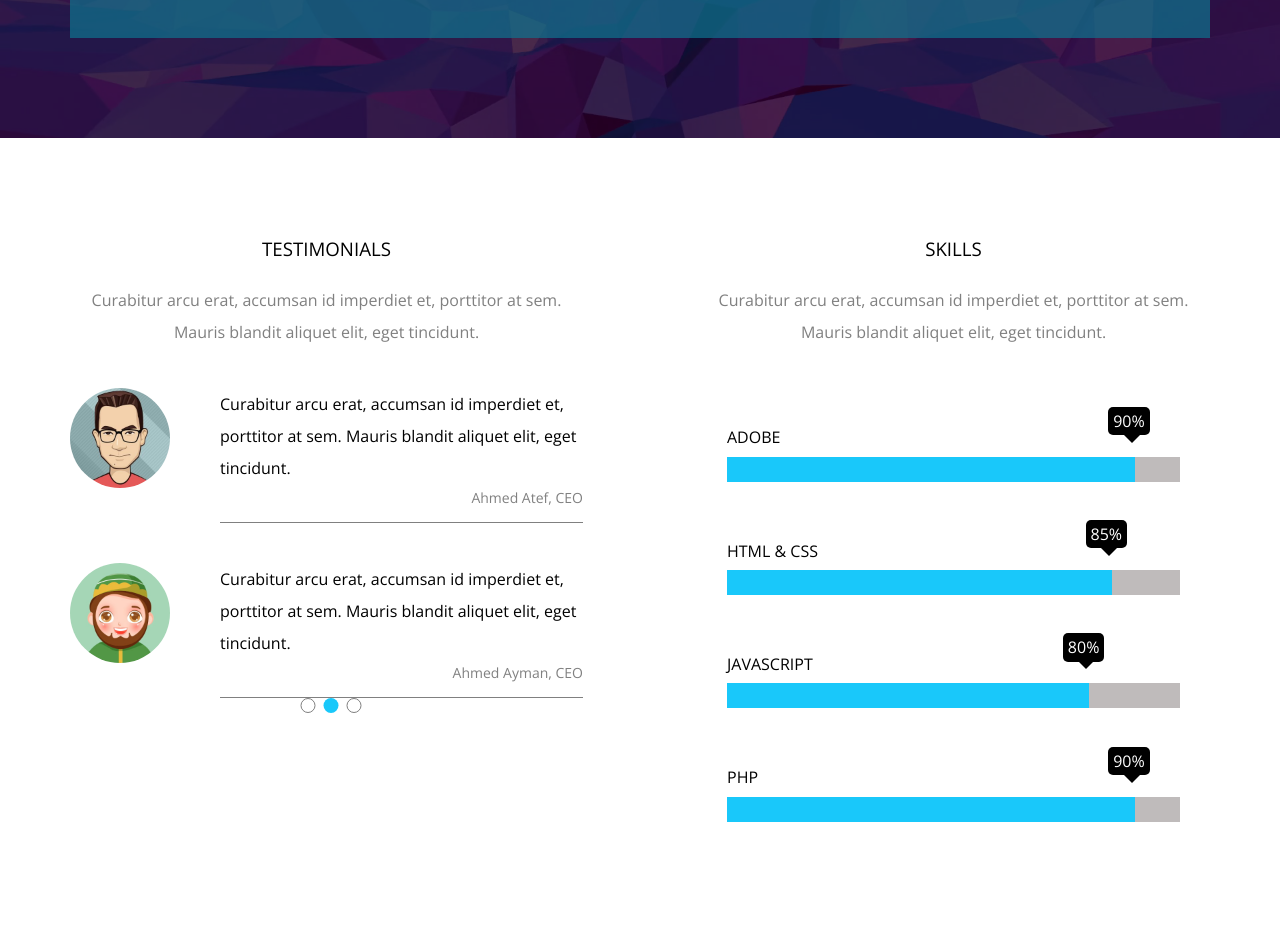
Repository: Ahmed123rezk123/Template_2
Page: index.html
These files come from the project's save history. The page is drawn as it stood at one moment and after the next save; the edit follows.
The browser window is 1280 px wide. The pictures show the part of the page from y = 4915 to 5867 px (the page is 5867 px tall).
A picture or video elsewhere on the page could not be fetched, so the positions and the page height are approximate. Some web fonts or font styles are not loaded; a fallback is used.

Above is the page before, as saved 2024-04-15 19:13:46.

After the next save:
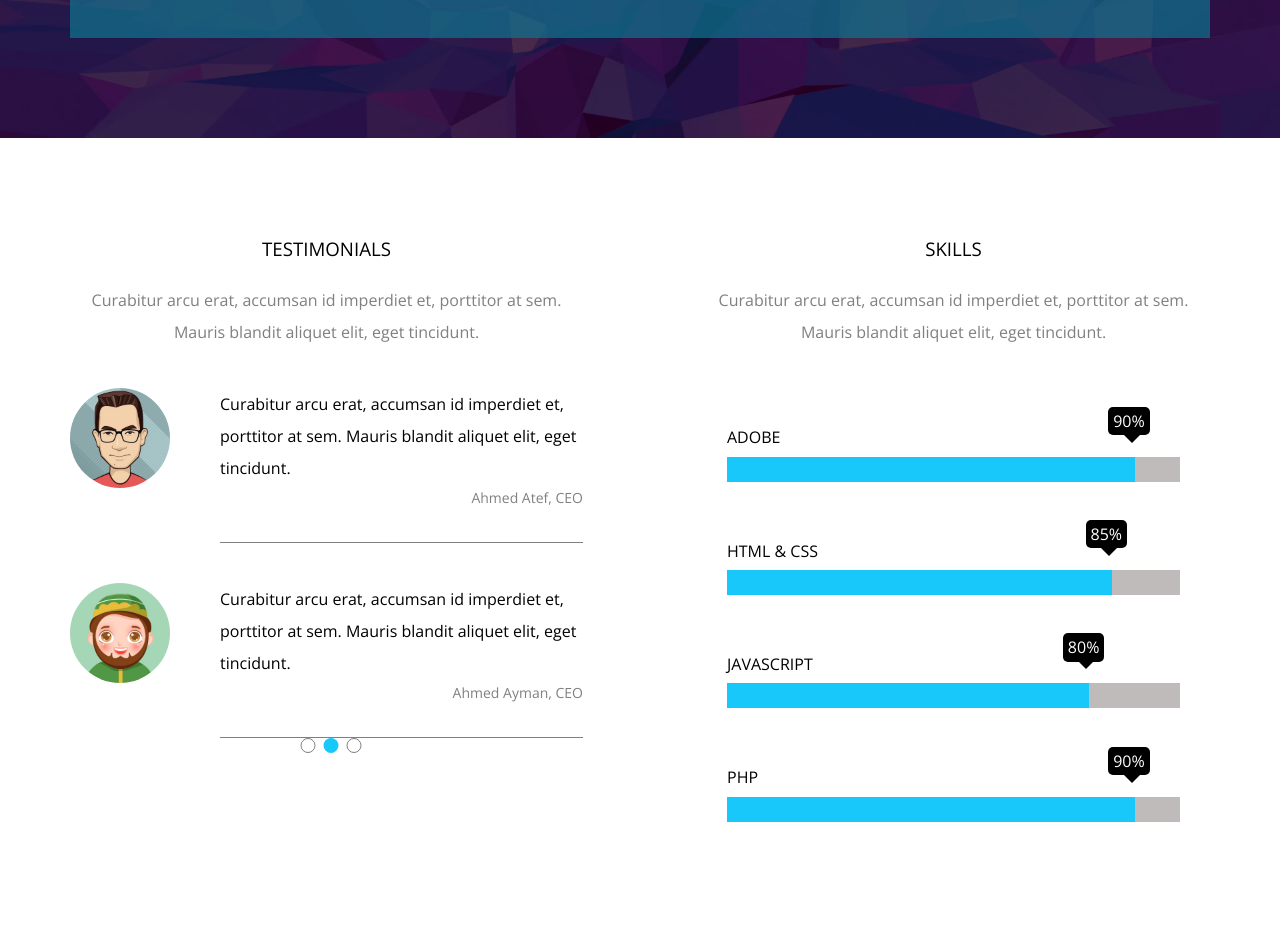
Saved 4 s later.
--- a/css/kasper.css
+++ b/css/kasper.css
@@ -708,7 +708,7 @@ margin-right: 50px;
 .our-skills .container .testimonial .box .text p {
    text-align: right;
    font-size: 14px;
-   margin-bottom: 10px;
+   margin-bottom: 30px;
 
 }
 
